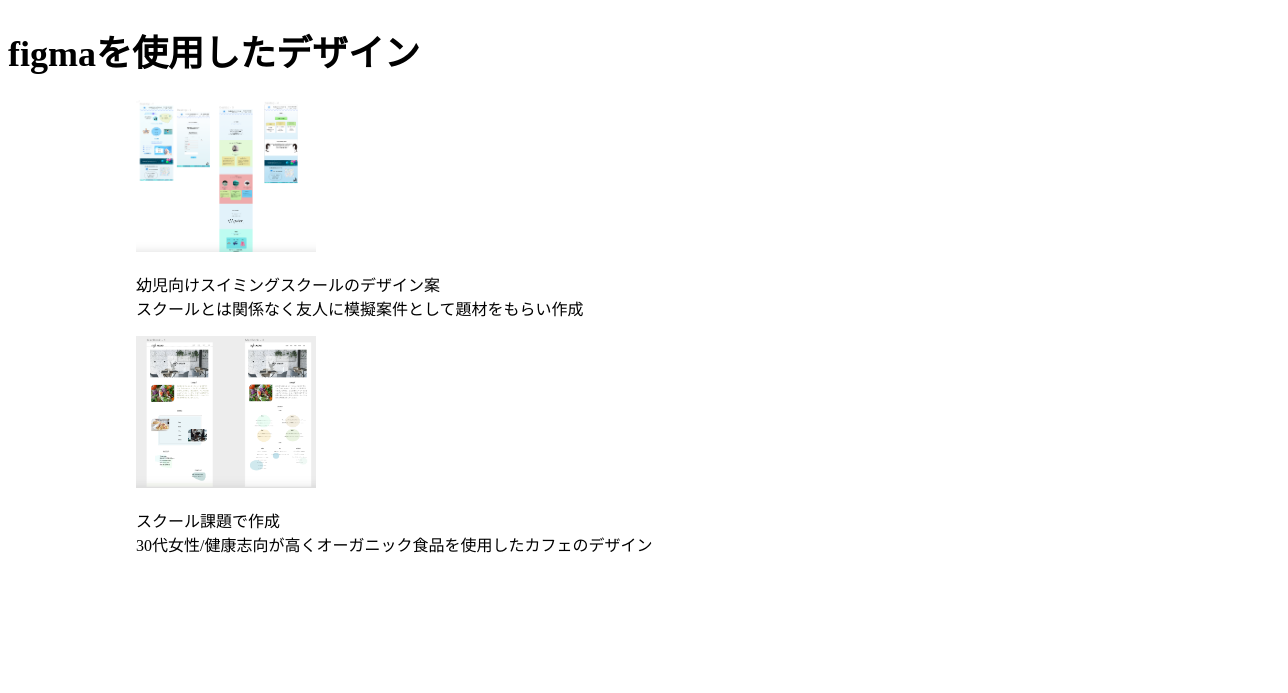
Repository: oninopantsu/onomann
Page: figma.html
These files come from the project's save history. The page is drawn as it stood at one moment and after the next save; the edit follows.
The browser window is 1280 px wide. The page is 1288 px wide, so the pictures cover 1288 px, including what lies to the right of the window. The pictures show the whole page.

Above is the page before, as saved 2021-08-17 12:18:04.

After the next save:
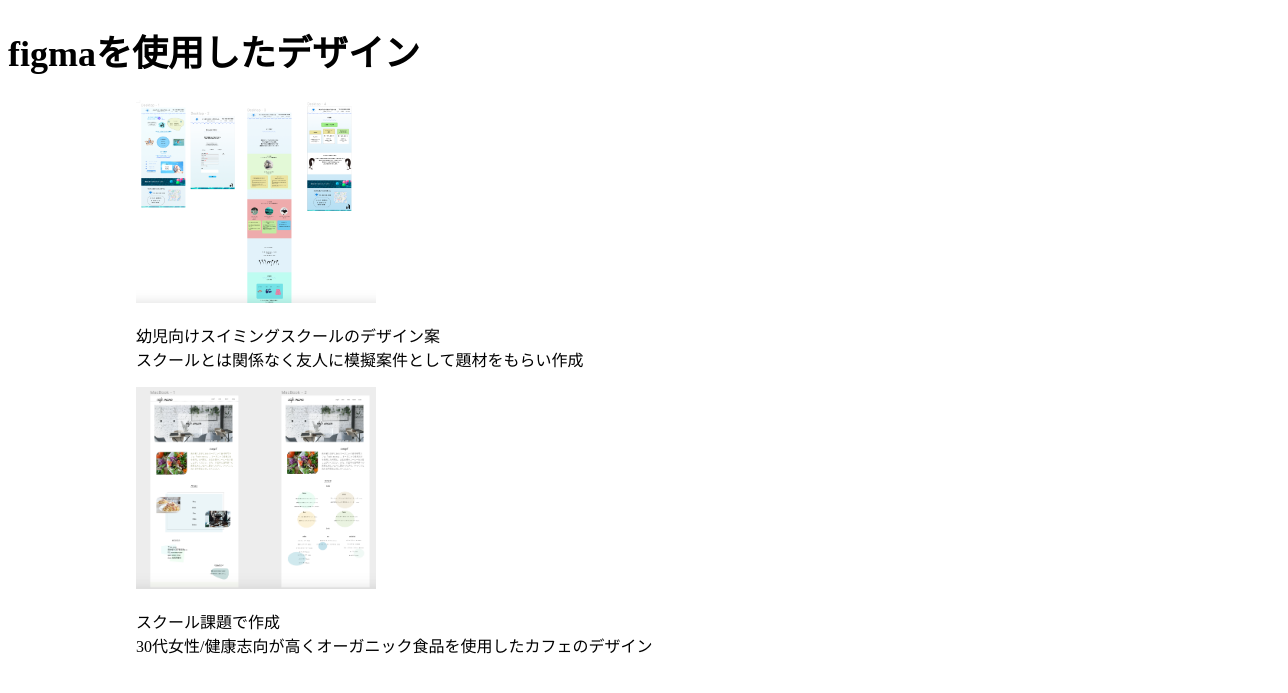
Saved 7 s later.
--- a/figma/styles.css
+++ b/figma/styles.css
@@ -12,7 +12,7 @@
 }
 
 img {
-  width: 180px;
+  width: 240px;
 
 
 }
